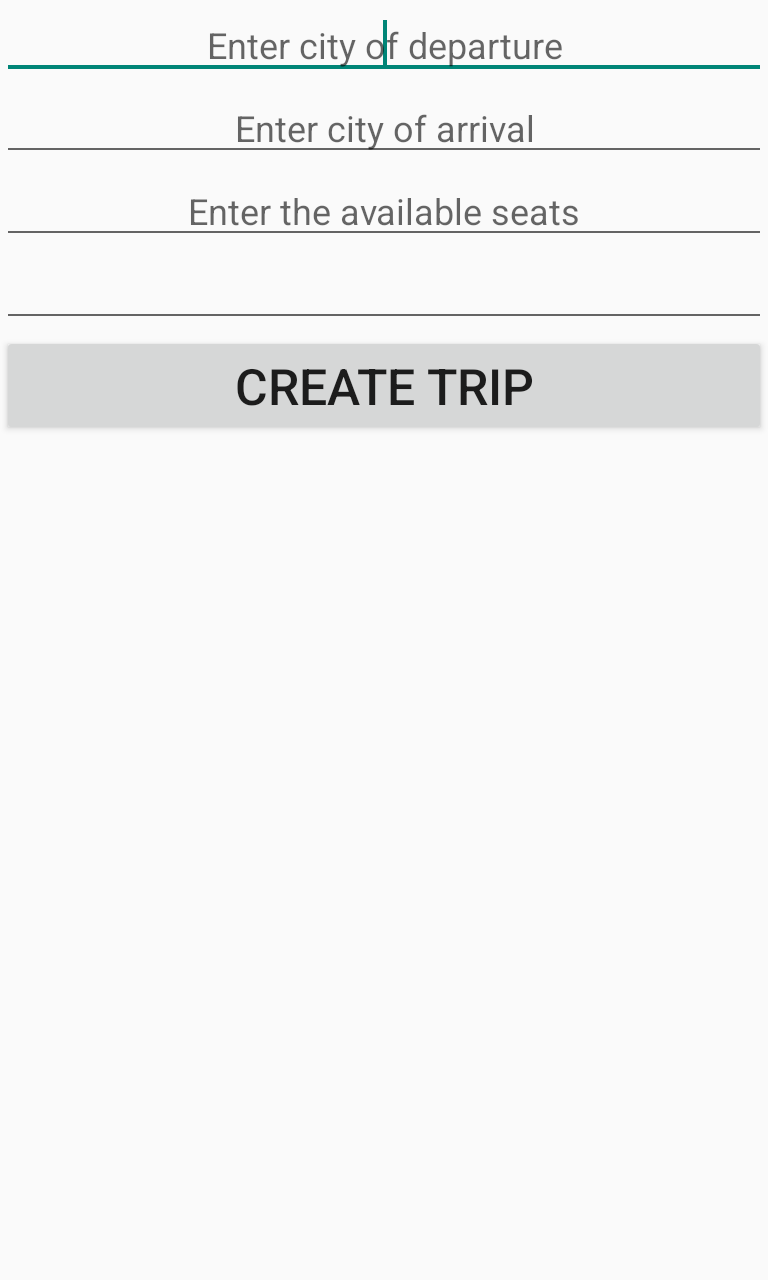
Repository: IvelinStanchev/EasyTravel
Layout: EasyTravel/res/layout/fragment_create_trip.xml
The author's editor kept a copy of each file at every save. The layout is drawn from the files as they stood at one save, then again after the next save.
It is drawn on a 768 x 1280 px phone screen (xhdpi) without system bars, with theme AppTheme; the app's code is not run.

Above is the layout before, as saved 2014-10-15 10:13:44.

### EasyTravel/res/layout/fragment_create_trip.xml
<?xml version="1.0" encoding="utf-8"?>
<LinearLayout xmlns:android="http://schemas.android.com/apk/res/android"
    android:layout_width="match_parent"
    android:layout_height="match_parent"
    android:orientation="vertical" >

    <EditText
        android:id="@+id/et_from_city"
        android:layout_width="match_parent"
        android:layout_height="wrap_content"
        android:ems="10"
        android:gravity="center"
        android:hint="Enter city of departure" >

        <requestFocus />
    </EditText>

    <EditText
        android:id="@+id/et_to_city"
        android:layout_width="match_parent"
        android:layout_height="wrap_content"
        android:ems="10"
        android:gravity="center"
        android:hint="Enter city of arrival" />

    <EditText
        android:id="@+id/et_available_seats"
        android:layout_width="match_parent"
        android:layout_height="wrap_content"
        android:ems="10"
        android:gravity="center"
        android:hint="Enter the available seats" />

    <EditText
        android:id="@+id/et_get_date"
        android:layout_width="match_parent"
        android:layout_height="wrap_content"
        android:ems="10" />

    <Button
        android:id="@+id/btn_make_trip"
        android:layout_width="match_parent"
        android:layout_height="wrap_content"
        android:text="Create Trip"
        android:textSize="25dp" />

</LinearLayout>

Loaded but not shown: EasyTravel/res/values/styles.xml (common file); EasyTravel/res/values-v11/styles.xml (common file); EasyTravel/res/values-v14/styles.xml (common file)

After the next save:
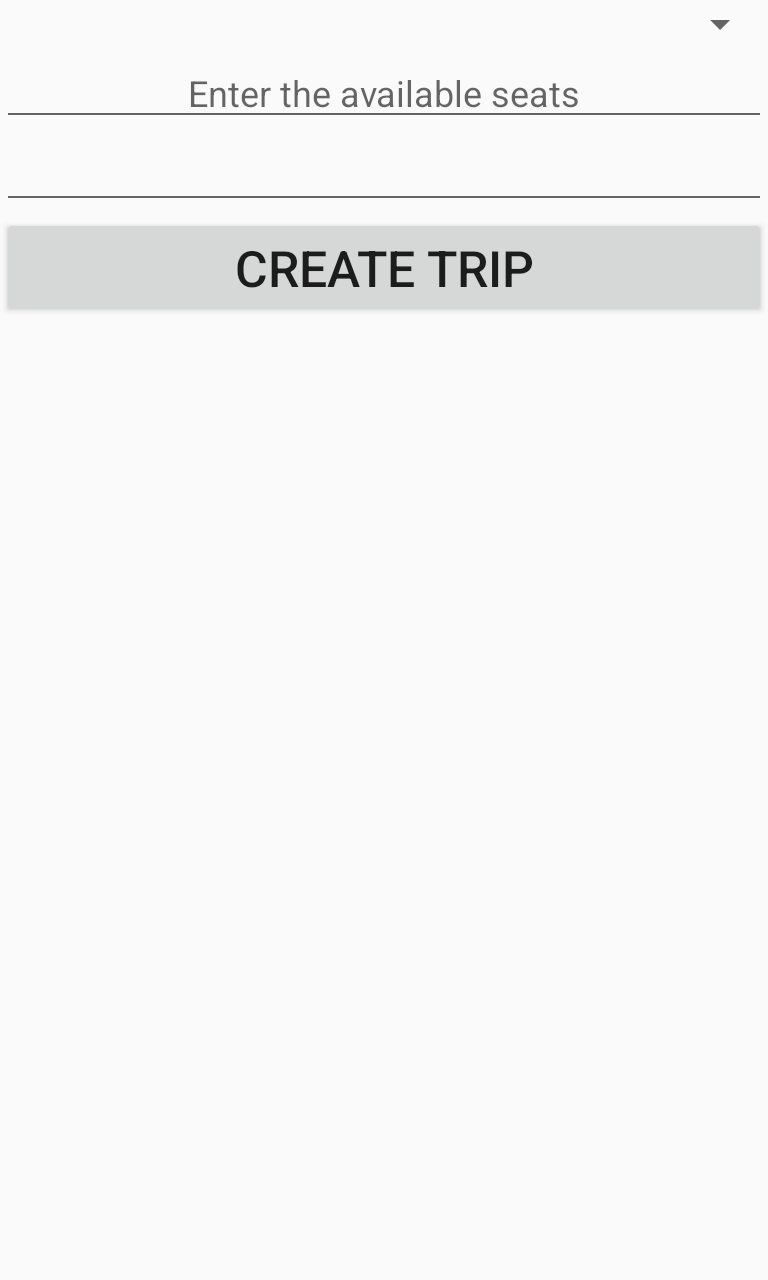
Saved 3 min 9 s later.
--- a/EasyTravel/res/layout/fragment_create_trip.xml
+++ b/EasyTravel/res/layout/fragment_create_trip.xml
@@ -4,7 +4,12 @@
     android:layout_height="match_parent"
     android:orientation="vertical" >
 
-    <EditText
+    <Spinner
+    android:id="@+id/spinner_cities"
+    android:layout_width="fill_parent"
+    android:layout_height="wrap_content" />
+
+    <!-- <EditText
         android:id="@+id/et_from_city"
         android:layout_width="match_parent"
         android:layout_height="wrap_content"
@@ -21,7 +26,7 @@
         android:layout_height="wrap_content"
         android:ems="10"
         android:gravity="center"
-        android:hint="Enter city of arrival" />
+        android:hint="Enter city of arrival" /> -->
 
     <EditText
         android:id="@+id/et_available_seats"
